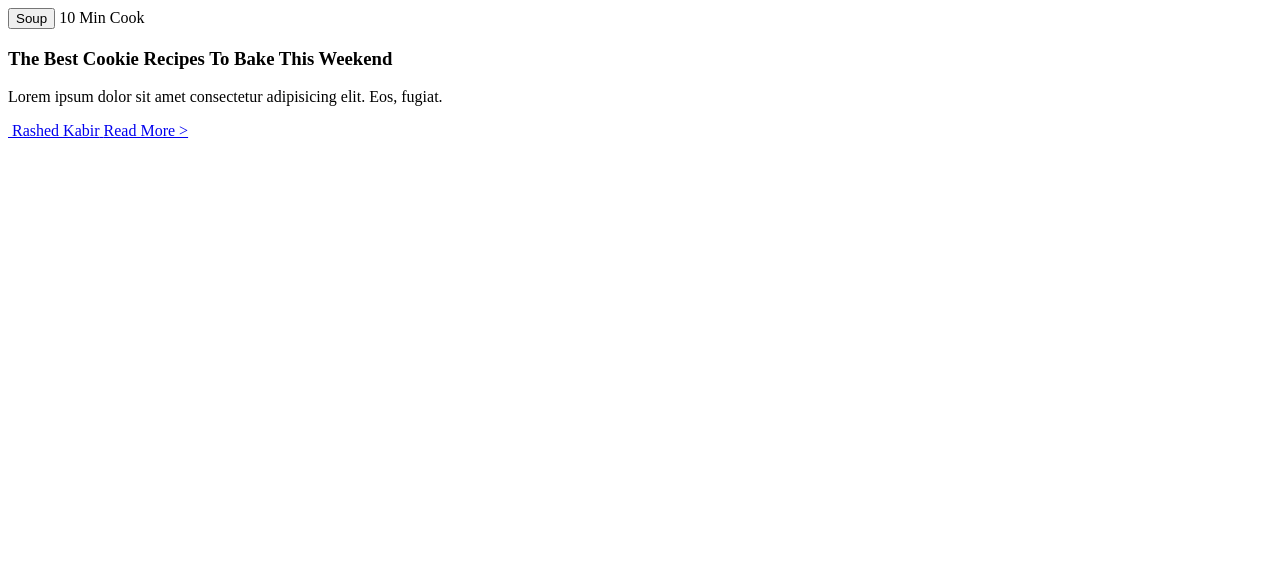
Repository: ngoctinvo/diner_project_cybersoft
Page: html/blog.html
These files come from the project's save history. The page is drawn as it stood at one moment and after the next save; the edit follows.
The browser window is 1280 px wide. The pictures show the whole page.

Above is the page before, as saved 2022-04-16 21:30:22.

### html/blog.html
<!DOCTYPE html>
<html lang="en">

<head>
    <meta charset="UTF-8">
    <meta http-equiv="X-UA-Compatible" content="IE=edge">
    <meta name="viewport" content="width=device-width, initial-scale=1.0">
    <title>Document</title>
</head>

<body>
    <header></header>
    <section class="blog">
        <div class="container">
            <div class="title"></div>
            <div class="row">
                <div class="left-posts">
                    <div class="list">
                        <div class="item">
                            <div class="img">
                                <button>Soup</button>
                                <span><i class="fa fa-clock"></i> 10 Min Cook</span>
                            </div>
                            <div class="content">
                                <h3>The Best Cookie Recipes To Bake This Weekend</h3>
                                <p>Lorem ipsum dolor sit amet consectetur adipisicing elit. Eos, fugiat.</p>
                            </div>
                            <div class="author">
                                <a href="#">
                                    <img src="" alt="">
                                    <span>Rashed Kabir</span>
                                </a>
                                <a href="#">Read More ></a>
                            </div>
                        </div>
                    </div>
                    <div class="control-btn"></div>
                </div>
                <div class="right-posts">
                    <div class="right-container">
                        <div class="item latest-recipes"></div>
                        <div class="item trending-posts"></div>
                        <div class="item categories"></div>
                        <div class="item advertisement"></div>
                    </div>
                </div>
            </div>
        </div>
    </section>
    <footer></footer>
</body>

</html>

After the next save:
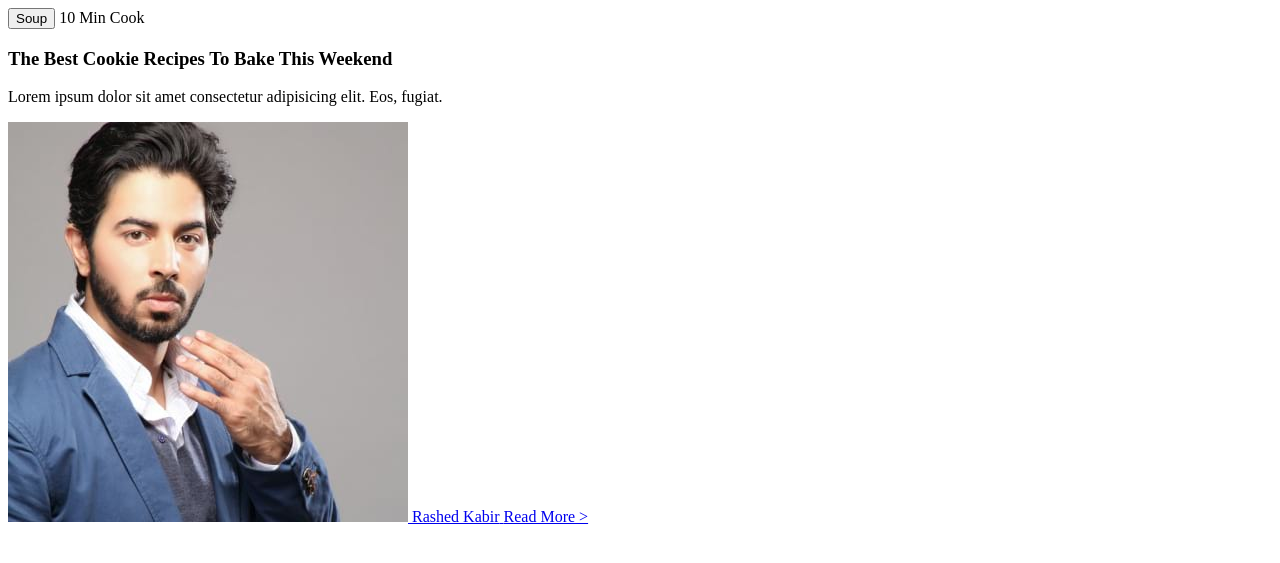
Saved 2 min 1 s later.
--- a/html/blog.html
+++ b/html/blog.html
@@ -27,7 +27,7 @@
                             </div>
                             <div class="author">
                                 <a href="#">
-                                    <img src="" alt="">
+                                    <img src="../img/blog/team1.jpg" alt="">
                                     <span>Rashed Kabir</span>
                                 </a>
                                 <a href="#">Read More ></a>
